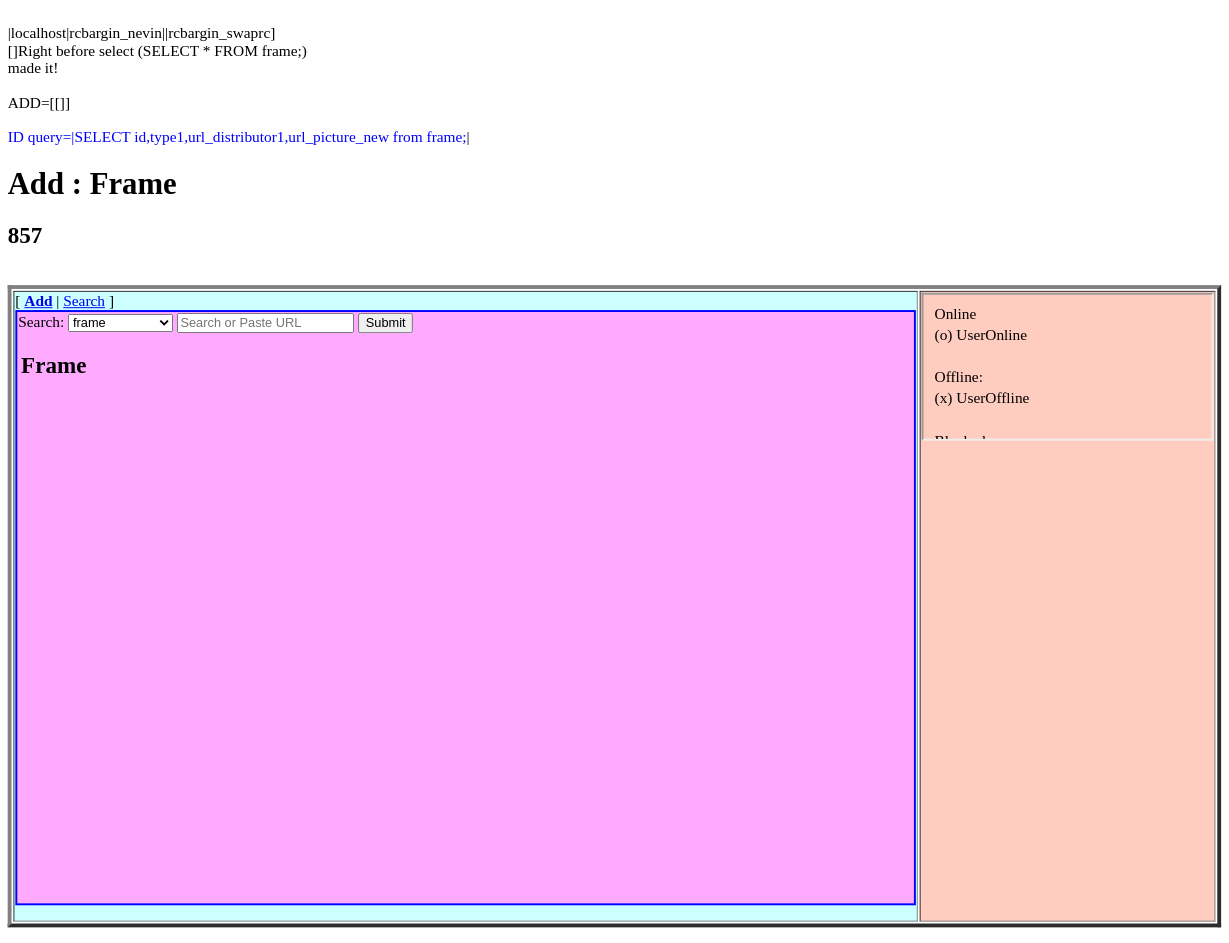
Repository: nevinleiby/SwapRC
Page: http://localhost/add_interface_old.php
The author's editor kept a copy of each file at every save. The page is drawn from the files as they stood at one save, then again after the next save.
The browser window is 1280 px wide. The pictures show the whole page, at 96% of full size.
The page is run by PHP 8.4 with error messages shown; the project is at /var/www/html/. Queries for data that is not in the repository find no rows.

Above is the page before, as saved 2019-09-10 22:02:30.
Console error (its wording comes from the project's code and is left out).

After the next save:
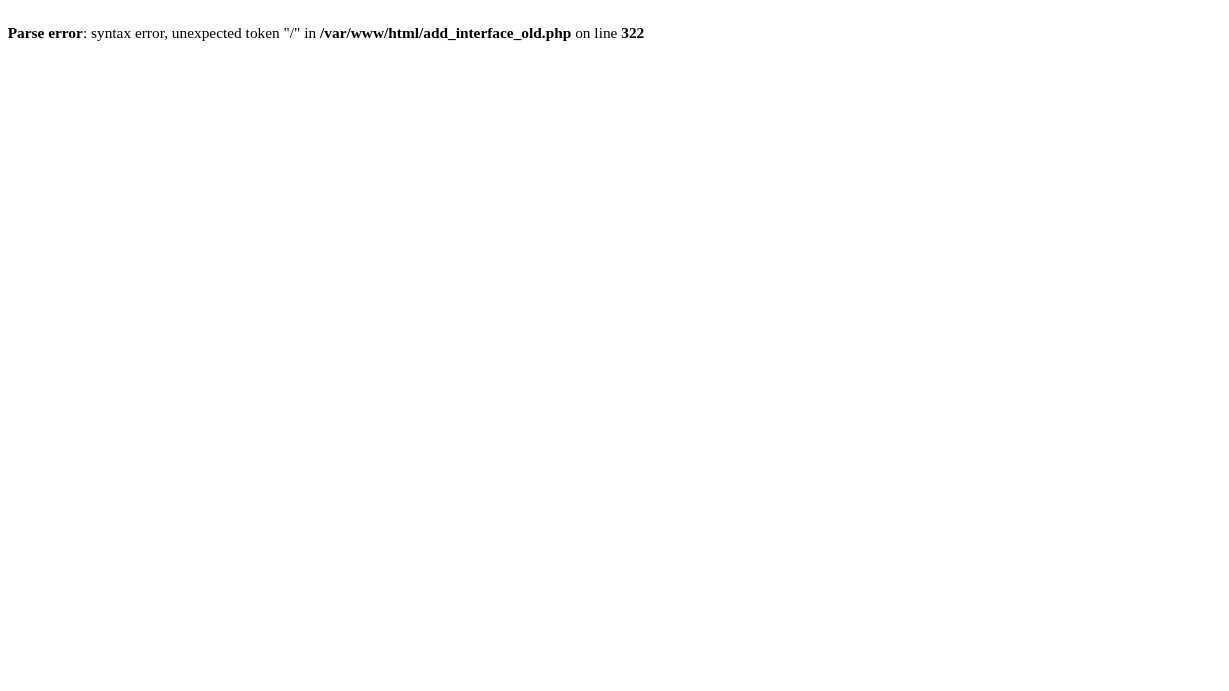
The error is gone.
Saved 2 min 3 s later.
--- a/add_interface_old.php
+++ b/add_interface_old.php
@@ -315,9 +315,12 @@
             // This may be causing an issue....try to be case-sensitive:
             //echo '<a href="./display_item_old.php?' . $category . '=' . $row['id'] . '&category=' . $category .'">1-' . $row['id'] . '</a>[' . $category . ']<br>';
 
-            echo "# $j -" . '<a href="./display_item_old.php?' . $table_name . '=' . $row['id'] . '&category=' . $table_name .'">ITEM=(' . $row['type1'] . ')</a>';
-            echo '[<a href="' . $row['url_distributor1'] . '">link</a>]' . '<img align=middle width=100 height=100 src="' . $row['url_picture_new'] . '">';
-            echo '<br>';
+            //echo "# $j -" . '<a href="./display_item_old.php?' . $table_name . '=' . $row['id'] . '&category=' . $table_name .'">ITEM=(' . $row['type1'] . ')</a>';
+            //echo '[<a href="' . $row['url_distributor1'] . '">link</a>]' . '<img align=middle width=100 height=100 src="' . $row['url_picture_new'] . '">';
+            //echo '<br>';
+
+            echo "'<a href="./display_item_old.php?' . $table_name . '=' . $row['id'] . '&category=' . $table_name .'">Item=(' . $row['type1'] . ')</a>';
+            echo '[<a href="' . $row['url_distributor1'] . '">Distributor1</a>]' . '<img align=middle width=100 height=100 src="' . $row['url_picture_new'] . '">';
 
         }
     }

After the save that followed:
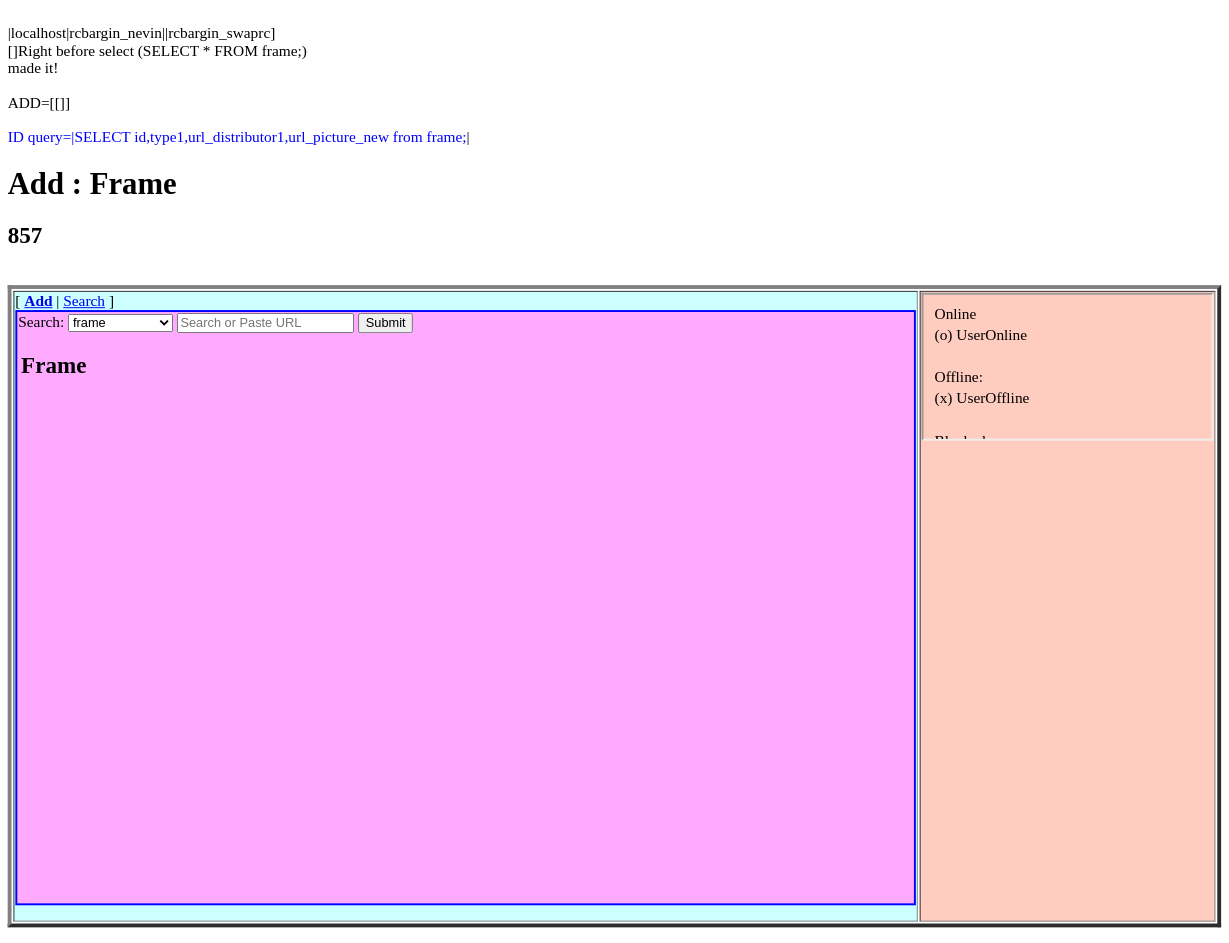
Console error (its wording comes from the project's code and is left out).
Saved 2 min 1 s later.
--- a/add_interface_old.php
+++ b/add_interface_old.php
@@ -319,8 +319,10 @@
             //echo '[<a href="' . $row['url_distributor1'] . '">link</a>]' . '<img align=middle width=100 height=100 src="' . $row['url_picture_new'] . '">';
             //echo '<br>';
 
-            echo "'<a href="./display_item_old.php?' . $table_name . '=' . $row['id'] . '&category=' . $table_name .'">Item=(' . $row['type1'] . ')</a>';
-            echo '[<a href="' . $row['url_distributor1'] . '">Distributor1</a>]' . '<img align=middle width=100 height=100 src="' . $row['url_picture_new'] . '">';
+            echo '<a href="./display_item_old.php?' . $table_name . '=' . $row['id'] . '&category=' . $table_name .'">Item=(' . $row['type1'] . ')</a>';
+            echo '[<a href="' . $row['url_distributor1'] . '">Distributor1</a>]';
+            echo '<a href="./display_item_old.php?' . $table_name . '=' . $row['id'] . '&category=' . $table_name .'">';
+            echo '<img align=middle width=100 height=100 src="' . $row['url_picture_new'] . '"></a>';
 
         }
     }
